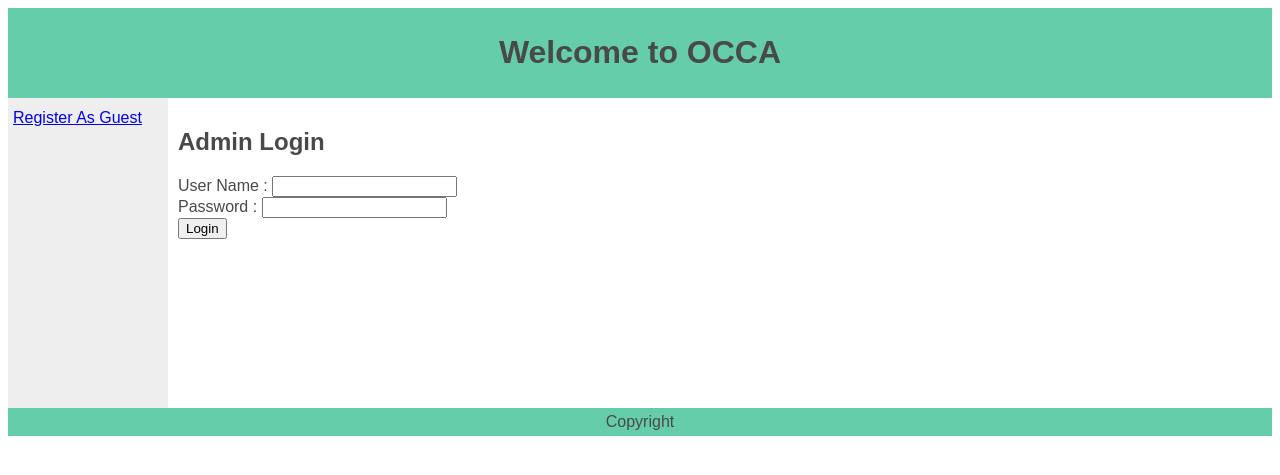
Repository: dreamxia329/TechExercise4830
Page: T3-0325-xia/T3-webProject-Xia/WebContent/login.html
These files come from the project's save history. The page is drawn as it stood at one moment and after the next save; the edit follows.
The browser window is 1280 px wide. The pictures show the whole page.

Above is the page before, as saved 2022-03-31 17:43:02.

After the next save:
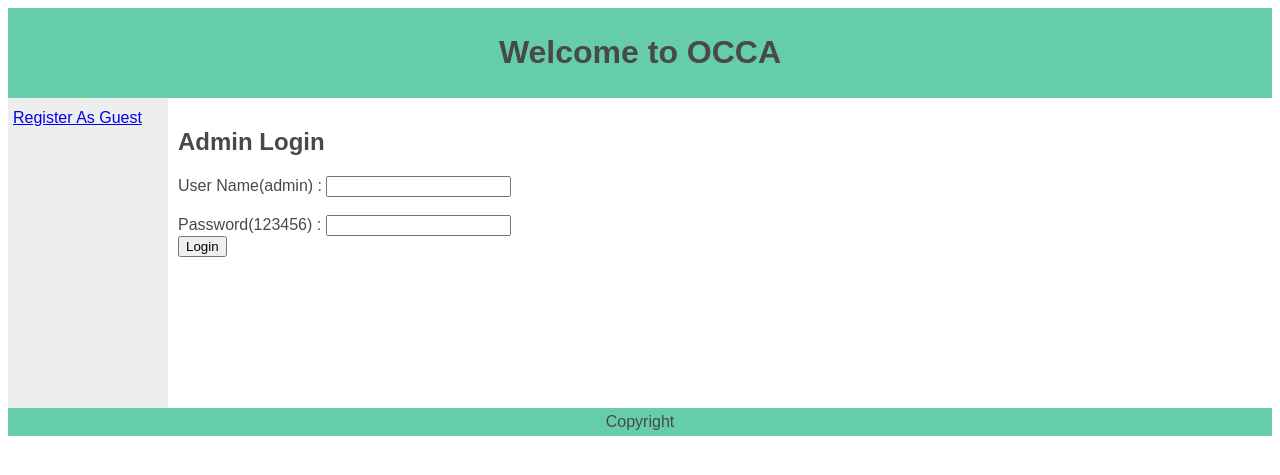
Saved 5 h 12 min later.
--- a/T3-0325-xia/T3-webProject-Xia/WebContent/login.html
+++ b/T3-0325-xia/T3-webProject-Xia/WebContent/login.html
@@ -52,8 +52,8 @@ footer {
 		<h1>Admin Login</h1>
 
 		<form action="UserLoginServlet" method="POST">
-			User Name : <input type="text" name="userName"> <br />
-			Password  : <input type="password" name="password"> <br />
+			User Name(admin) : <input type="text" name="userName"> <br /><br />
+			Password(123456)  : <input type="password" name="password"> <br />
 			<input type="submit" value="Login" />
 		</form>
 
